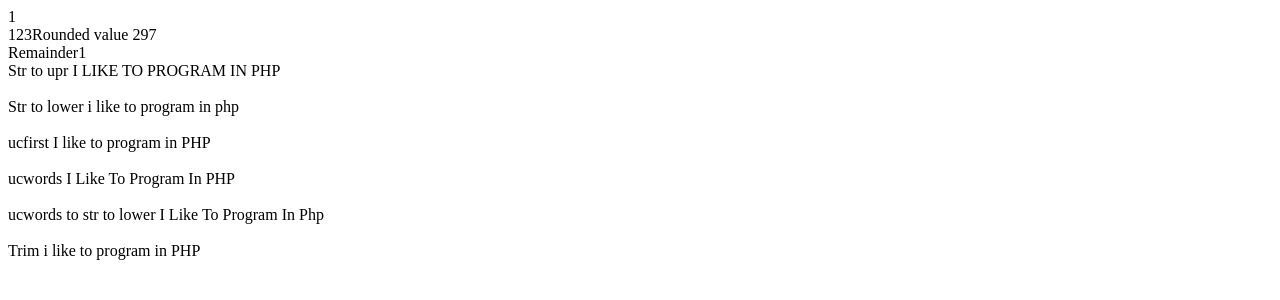
Repository: ramasubbaiya/PHP_Term_1_Course_Work
Page: http://localhost/SandBox/work.php
The author's editor kept a copy of each file at every save. The page is drawn from the files as they stood at one save, then again after the next save.
The browser window is 1280 px wide. The pictures show the whole page.
The page is run by PHP 8.4 with error messages shown; the project is at /var/www/html/.

Above is the page before, as saved 2015-04-21 14:07:47.

After the next save:
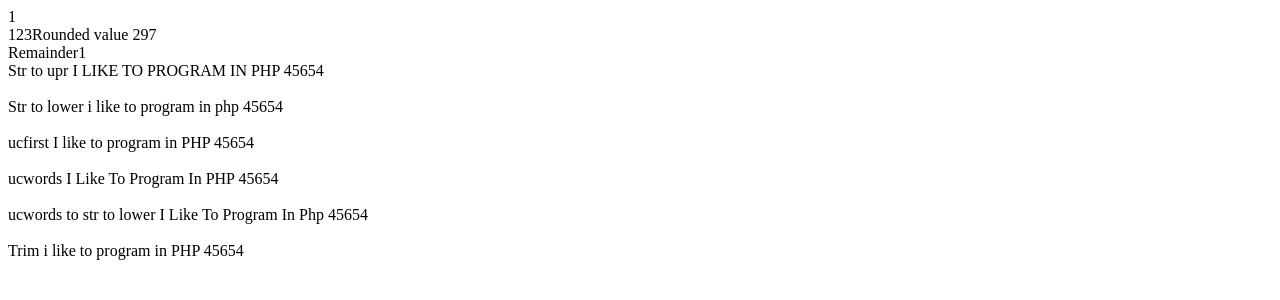
Saved 11 s later.
--- a/ZendStudio/Lambton/SandBox/work.php
+++ b/ZendStudio/Lambton/SandBox/work.php
@@ -20,7 +20,7 @@ echo 'Rounded value '.round($round).'<br>';
 echo 'Remainder'.$round%2 .'<br>';
 
 
-$string = "i like to program in PHP".'<br>';
+$string = "i like to program in PHP 45654".'<br>';
 $a = strtoupper($string);
 $b = strtolower($string);
 $c = ucfirst($string);
